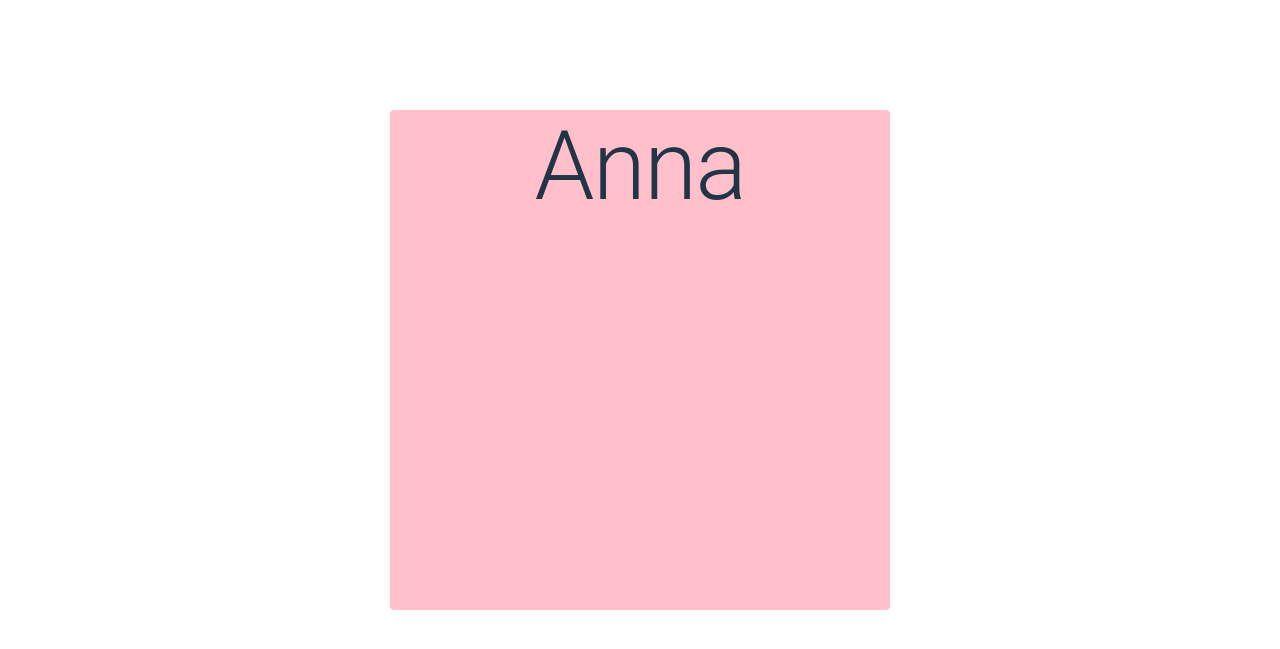
Repository: savannaaaas/props
Page: /
An editor plug-in stored every save of this project. The page is shown before and after the next save, followed by the edit.
The browser window is 1280 px wide. The pictures show the whole page.
The project was rebuilt for these pictures with package versions that can differ from the ones it lists, and the page was loaded fresh each time. Also part of the build but not shown: vite.config.js.

Above is the page before, as saved 2025-07-07 23:39:32.

After the next save:
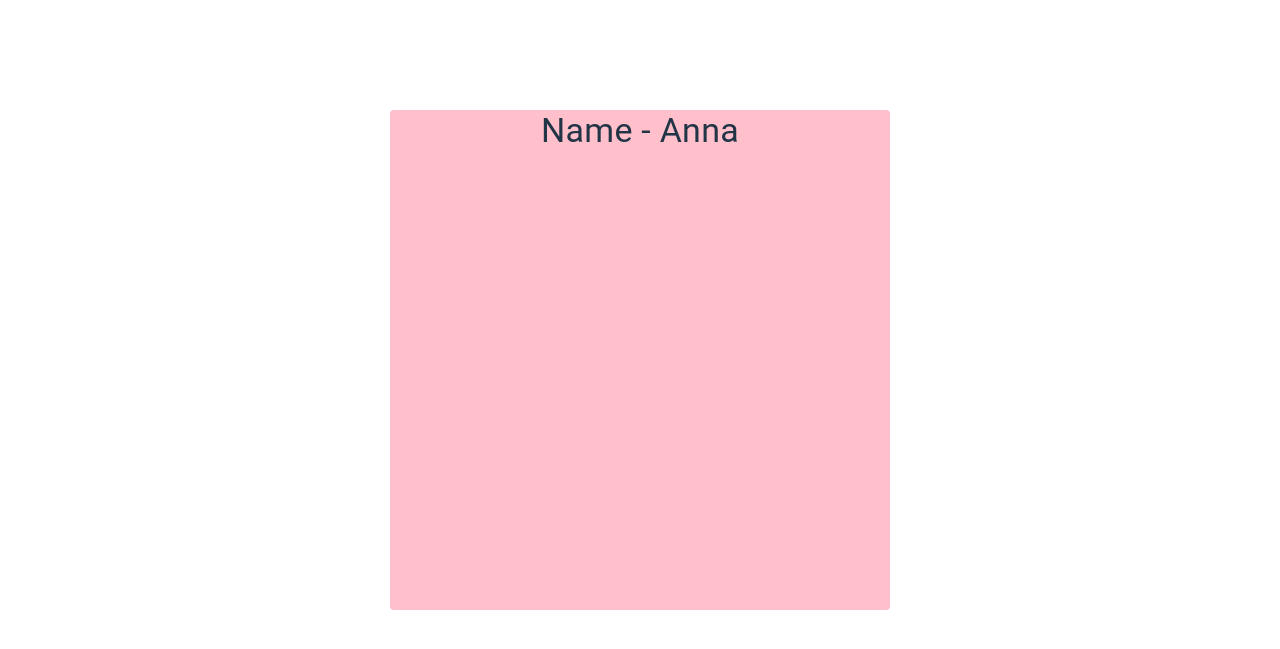
Saved 21 s later.
--- a/src/components/Person.jsx
+++ b/src/components/Person.jsx
@@ -1,4 +1,4 @@
 import Typography from "@mui/material/Typography";
 export const Person = ({ name }) => {
-  return <Typography variant="h1">{name}</Typography>;
+  return <Typography variant="h4">Name - {name}</Typography>;
 };
